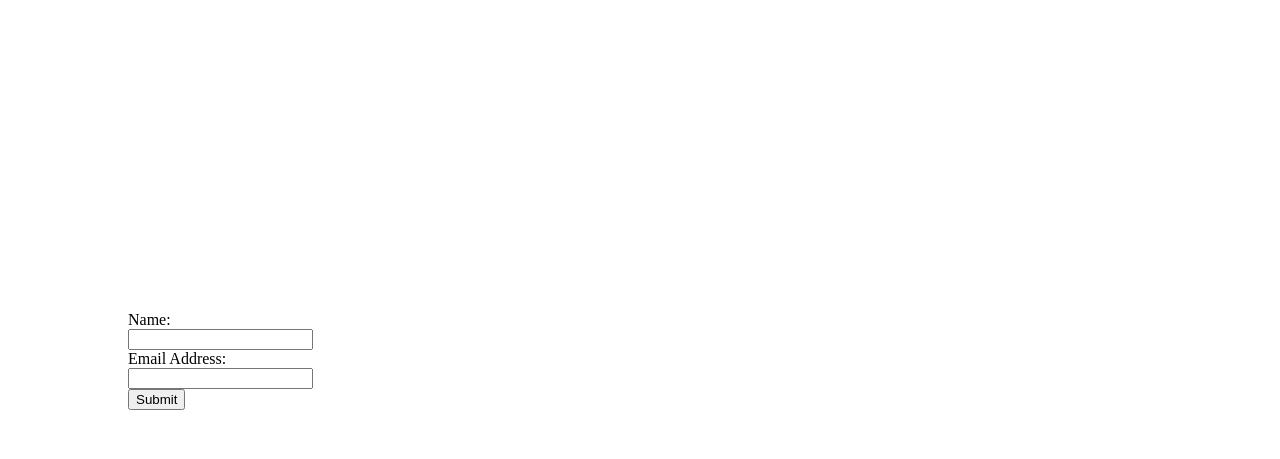
Repository: lamilekan263/contactKeep
Page: index.html
An editor plug-in stored every save of this project. The page is shown before and after a run of saves, followed by the edit.
The browser window is 1280 px wide. The pictures show the whole page.

Above is the page before, as saved 2020-09-11 18:20:14.

After the next 4 saves:
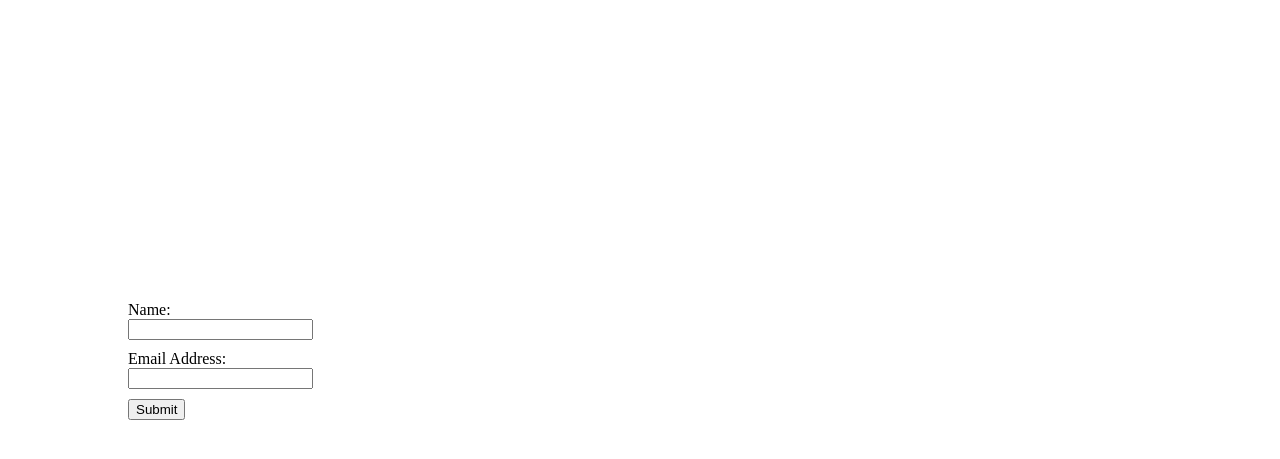
The 4 saves are shown as one change because they came seconds apart.
The last was saved 11 s later.
--- a/main.css
+++ b/main.css
@@ -21,5 +21,5 @@
 
 form input{
     display:block;
-    margin
+    margin-bottom:10px;
 }
